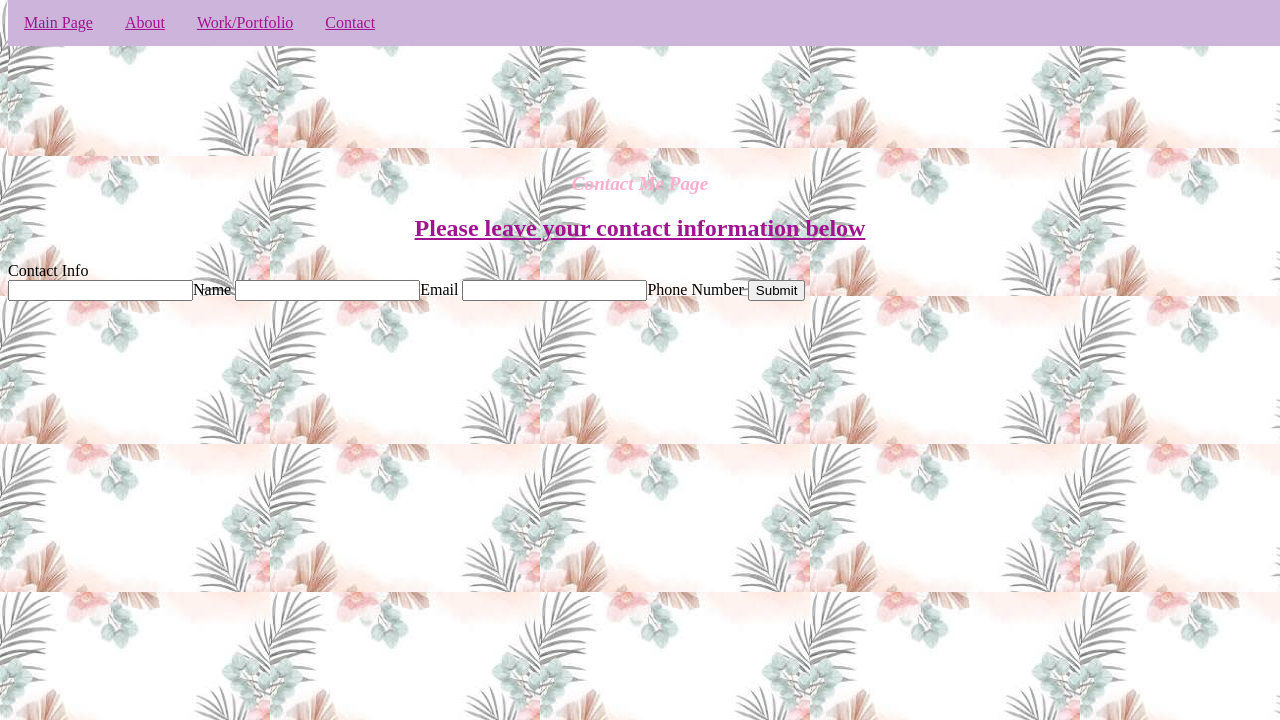
Repository: MelindaN14/My-Personal-Website
Page: contact.html
These files come from the project's save history. The page is drawn as it stood at one moment and after the next save; the edit follows.
The browser window is 1280 px wide. The pictures show the whole page.

Above is the page before, as saved 2024-03-25 22:30:31.

### contact.html
<!DOCTYPE html>
<html lang="en">
  <head>
    <meta charset="UTF-8" />
    <meta name="viewport" content="width=device-width, initial-scale=1.0" />
    <img src="contact backgound.jpeg" href="contact backgound.jpeg">
    <link rel="stylesheet" a href="style.css">
    <title>Contact</title>
    <!-- contact form needs a submit button along with email and phone  -->
  </head>
  <body>
    <style>
      body{
        background-image: url("contact\ backgound.jpeg");
        background-size:auto;
      }
    </style>
     <nav>
    <div class="navbar">
      <a href="index.html">Main Page</a>
      <a href="about.html">About</a>
      <a href="portfolio.html">Work/Portfolio</a>
      <a href="contact.html">Contact</a>
    </div>
    </nav>
    <h1>Contact Me Page</h1>
    <h2>Please leave your contact information below</h2>
    <label for="Form">Contact Info</label>
    <form action="" name="form">
      <input type="text" name="" id="">Name</input>
      <input type="text" name="" id="">Email</input>
      <input type="text" name="" id="">Phone Number</input>
      <input type="submit" name="https://google.com" id=""></input>
    </form>
  </body>
  <footer>
  </footer>
</html>

### style.css
/* Nav Bar */
.navbar {
  overflow: hidden;
  background-color: #cdb4db;
  position: fixed;
  top: 0;
  width: 100%;
}
/* Links */
.navbar a {
  float: left;
  display: block;
  color: #a11491;
  text-align: center;
  padding: 14px 16px;
}
/* Hover */
.navbar a:hover {
  background: #a2d2ff;
  color: black;
}
/* Main Content?? */
.main {
  margin-top: 30px; /* Add a top margin to avoid content overlay? */
}
.header {
  color: #7fb6ea;
  text-align: center;
}

h1 {
  color: #ffafcc;
  font-style: italic;
  font-size:larger;
  text-align: center;
}
h2{
    color:#a11491;
    font-weight: 500px;
    text-align: center;
    text-decoration: underline;
}
p {
  color: #cdb4db;
}

nav {
  color: #bde0fe;
}
/*body {
  background-image:url('floral.jpeg');
  padding: 2rem;
  display: flex;
  flex-direction: column;
  align-items: center;
  justify-content: center;
}*/

After the next save:
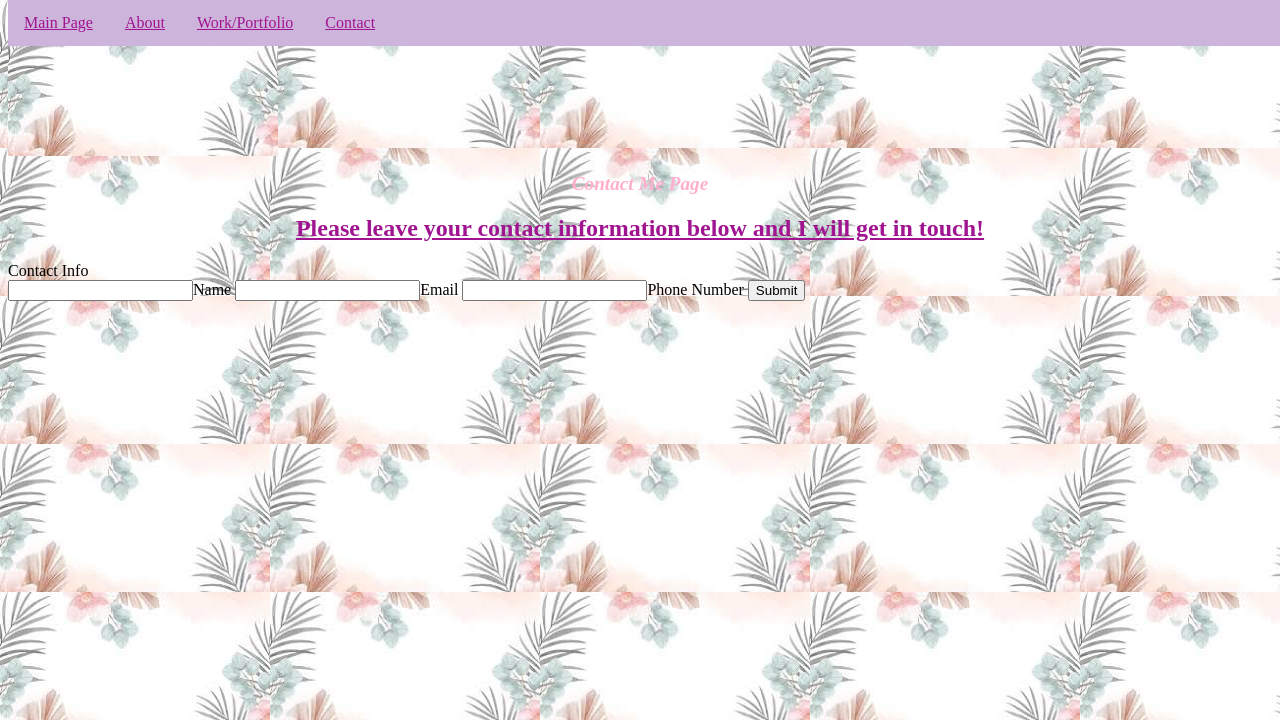
Saved 13 s later.
--- a/contact.html
+++ b/contact.html
@@ -24,7 +24,7 @@
     </div>
     </nav>
     <h1>Contact Me Page</h1>
-    <h2>Please leave your contact information below</h2>
+    <h2>Please leave your contact information below and I will get in touch!</h2>
     <label for="Form">Contact Info</label>
     <form action="" name="form">
       <input type="text" name="" id="">Name</input>
